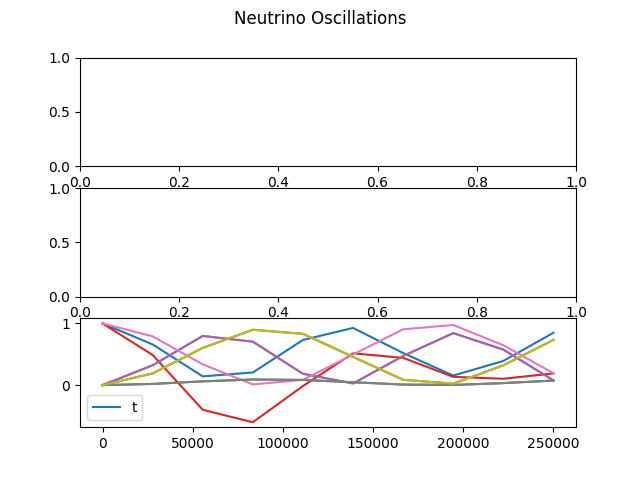
Repository: MichaelCullen2011/QuantumAndNeutrinos
Script's output: python neutrinos.py
These files come from the project's save history. The script's output is drawn as it stood at one moment and after the next save; the edit follows.
Random numbers start from a fixed seed.

Above is the script's output before, as saved 2021-06-02 16:32:11.

### neutrinos.py
import numpy as np
import matplotlib.pyplot as plt


'''
To Do           - tau interactions
                - clean up constant variables into dicts or lists
'''


'''
Variables and Constants
'''
# # Constants
# Mass difference squared between two flavour states
delta_m_sq = {'eu': 7.53e-5, 'tu': 2.44e-3, 'te': 2.44e-3, 'ue': 7.53e-5, 'ut': 2.44e-3, 'et': 2.44e-3}     # eV**2
delta_m_e_mu_sq = 7.53e-5      # eV**2
delta_m_tau_mu_sq = 2.44e-3    # eV**2  # can be +ve or -ve
delta_m_tau_e_sq = 2.44e-3     # eV**2  # can be +ve or -ve
delta_m_mu_e_sq = delta_m_e_mu_sq      # eV**2
delta_m_mu_tau_sq = delta_m_tau_mu_sq    # can be +ve or -ve
delta_m_e_tau_sq = delta_m_tau_e_sq     # eV**2

# Angle between flavour states
sin_q_theta = {'eu': 0.846, 'tu': 0.92, 'te': 0.093, 'ue': 0.846, 'ut': 0.92, 'et': 0.093}
sin_sq_theta_e_tau = 0.093
sin_sq_theta_e_mu = 0.846
sin_sq_theta_mu_tau = 0.92      # actually > 0.92 but it varies on atmospheric values
sin_sq_theta_mu_e = sin_sq_theta_e_mu
sin_sq_theta_tau_e = sin_sq_theta_e_tau
sin_sq_theta_tau_mu = sin_sq_theta_mu_tau

G_f = 1.1663787e-5         # GeV-2
sin_sq_theta_w = 0.22290        # Weinberg angle
m_e = 0.511 * 1e-3     # GeV c-2
m_u = 105 * 1e-3       # GeV c-2
sigma_naught = 1.72e-45         # m**2 / GeV

# # Variables
m_out = 10       # reactant mass out (electrons, muons etc)
m_in = 1000        # reactant mass in (electrons, muons etc)
E_v = 100     # Neutrino energy
L = 10       # distance oscillating (for oscillation)
E = E_v     # Neutrino beam energy
d = 10       # distance travelled (for decoherence)



'''
Oscillation Probabilities   -   p_oscill = (np.sin(2 * theta))**2 * (np.sin((delta_m_sq * L) / (4 * E)))**2
'''
class Oscillations:
    def __init__(self, distance):
        self.prob_list = {
            'eu': [], 'et': [],
            'ue': [], 'ut': [],
            'te': [], 'tu': [],
            'ee': [], 'uu': [],     # do these last as theyre calculated based on the previously calculated
            'tt': [],
        }

        self.prob_reduced = {
            'e': [],
            'u': [],
            't': []
        }

        self.prob_neut = []

        self.max_points = 10      # Number of points
        E = 4      # GeV
        self.L = distance    # Km
        self.x_range = np.linspace(0, self.L / E, self.max_points)
        theta_range = np.linspace(0, 2 * np.pi, self.max_points)

    def calculate(self):
        for x in self.x_range:
            print(f"Calculated Probability of {self.max_points}")
            for change in self.prob_list.keys():
                if change not in ['ee', 'uu', 'tt']:
                    self.prob_list[change].append(Oscillations.prob(self, flavours=change, x=x))
            self.prob_list['ee'].append(1 - (self.prob_list['eu'][-1] + self.prob_list['et'][-1]))
            self.prob_list['uu'].append(1 - (self.prob_list['ue'][-1] + self.prob_list['ut'][-1]))
            self.prob_list['tt'].append(1 - (self.prob_list['te'][-1] + self.prob_list['tu'][-1]))

        self.prob_reduced['e'] = [self.prob_list['ee'], self.prob_list['eu'], self.prob_list['et']]
        self.prob_reduced['u'] = [self.prob_list['uu'], self.prob_list['ue'], self.prob_list['ut']]
        self.prob_reduced['t'] = [self.prob_list['tt'], self.prob_list['te'], self.prob_list['tu']]
        Oscillations.plot(self)

        # fig, axs = plt.subplots(3)
        # fig.suptitle('Neutrino Oscillations')
        # n = 0
        # for initial in prob_neut:
        #     if n == 0:
        #         for p in initial:
        #             axs[n].plot(self.x_range, p)
        #             axs[n].legend(['e to e', 'e to mu', 'e to tau'], loc=1)
        #     if n == 1:
        #         for p in initial:
        #             axs[n].plot(self.x_range, p)
        #             axs[n].legend(['mu to mu', 'mu to e', 'mu to tau'], loc=1)
        #     if n == 2:
        #         for p in initial:
        #             axs[n].plot(self.x_range, p)
        #             axs[n].legend(['tau to tau', 'tau to e', 'tau to mu'], loc=1)
        #     n += 1

    def plot(self):
        fig, axs = plt.subplots(3)
        fig.suptitle('Neutrino Oscillations')

        # print(self.prob_reduced)
        for initial_flavours, probs in self.prob_reduced.items():
            print(len(probs[0]))
            plt.plot(self.x_range, probs[0], '-')
            plt.plot(self.x_range, probs[1], '-')
            plt.plot(self.x_range, probs[2], '-')
            plt.legend(initial_flavours)
        # plt.legend(self.prob_neut.keys())
        plt.show()

    def prob(self, flavours, x):
        if flavours == 'eu':
            prob = sin_sq_theta_e_mu * np.square(np.sin(1.27 * delta_m_e_mu_sq * x / 4))
        elif flavours == 'et':
            prob = sin_sq_theta_e_tau * np.square(np.sin(1.27 * delta_m_e_tau_sq * x / 4))
        elif flavours == 'ue':
            prob = sin_sq_theta_e_mu * np.square(np.sin(1.27 * delta_m_mu_e_sq * x / 4))
        elif flavours == 'ut':
            prob = sin_sq_theta_mu_tau * np.square(np.sin(1.27 * delta_m_mu_tau_sq * x / 4))
        elif flavours == 'te':
            prob = sin_sq_theta_tau_e * np.square(np.sin(1.27 * delta_m_tau_e_sq * x / 4))
        elif flavours == 'tu':
            prob = sin_sq_theta_tau_mu * np.square(np.sin(1.27 * delta_m_tau_mu_sq * x / 4))
        return prob



'''
Cross Sections
'''
class CrossSections:
    def __init__(self, energy, lepton):
        E_v = energy
        sigma_naught = 1.72e-45

        s_e = sigma_naught * np.pi / G_f**2
        s_u = s_e * (m_u / m_e)

        sigma_naught_e = (2 * m_e * G_f**2 * E_v) / np.pi
        sigma_naught_u = (2 * m_u * G_f**2 * E_v) / np.pi

        if lepton == 'e':
            sigma_naught = sigma_naught_e
            self.cs_without_ms = {'e_e': [], 'E_E': [], 'E_U': [], 'u_e': [], 'u_u': [], 'U_U': []}
            self.cs_with_ms = {'e_e': [], 'E_E': [], 'E_U': [], 'u_e': [], 'u_u': [], 'U_U': []}

        elif lepton == 'u':
            sigma_naught = sigma_naught_u
            self.cs_without_ms = {'e_e': [], 'E_E': [], 'U_E': [], 'e_u': [], 'u_u': [], 'U_U': []}
            self.cs_with_ms = {'e_e': [], 'E_E': [], 'U_E': [], 'e_u': [], 'u_u': [], 'U_U': []}

        for flavour in self.cs_without_ms.keys():
            cs = CrossSections.neutrino_and_electron(self, flavour=flavour) * energy * sigma_naught
            self.cs_without_ms[flavour].append(cs)
            self.cs_with_ms[flavour].append(
                cs * energy * sigma_naught *
                CrossSections.mass_suppression(
                    self, flavour, energy=energy, reaction_lepton=lepton
                )
            )

    def neutrino_and_electron(self, flavour):
        if flavour == 'e_e':
            cs = 0.25 + sin_sq_theta_w + (4 / 3) * np.square(sin_sq_theta_w)
        elif flavour == 'E_E':
            cs = (1 / 12) + 1 / 3 * (sin_sq_theta_w + 4 / 3 * np.square(sin_sq_theta_w))
        elif flavour == 'E_U' or flavour == 'U_E':
            cs = 1 / 3
        elif flavour == 'u_e' or flavour == 'e_u':
            cs = 1
        elif flavour == 'u_u':
            cs = 1 / 4 - sin_sq_theta_w + 4 / 3 * np.square(sin_sq_theta_w)
        elif flavour == 'U_U':
            cs = 1 / 12 - 1 / 3 * sin_sq_theta_w + 4 / 3 * np.square(sin_sq_theta_w)
        return cs

    def mass_suppression(self, flavour, energy, reaction_lepton='e'):
        m_E = m_e
        m_U = m_u
        if reaction_lepton == 'e':
            m_in = m_e
        elif reaction_lepton == 'u':
            m_in = m_u

        if flavour == 'e_e':
            zeta = 1 - ((m_e ** 2) / (m_in ** 2 + 2 * m_in * energy))
        elif flavour == 'E_E':
            zeta = 1 - ((m_e ** 2) / (m_in ** 2 + 2 * m_in * energy))
        elif flavour == 'E_U':
            zeta = 1 - ((m_u ** 2) / (m_in ** 2 + 2 * m_in * energy))
        elif flavour == 'u_e':
            zeta = 1 - ((m_u ** 2) / (m_in ** 2 + 2 * m_in * energy))
        elif flavour == 'u_u':
            zeta = 1 - ((m_e ** 2) / (m_in ** 2 + 2 * m_in * energy))
        elif flavour == 'U_U':
            zeta = 1 - ((m_e ** 2) / (m_in ** 2 + 2 * m_in * energy))
        # neutrino-muon specific reactions
        elif flavour == 'U_E':
            zeta = 1 - ((m_e ** 2) / (m_in ** 2 + 2 * m_in * energy))
        elif flavour == 'e_u':
            zeta = 1 - ((m_e ** 2) / (m_in ** 2 + 2 * m_in * energy))
        return zeta



'''
Wave Functions (for plotting)
'''
class WaveFunctions:
    def __init__(self, accuracy):
        phi = np.linspace(0, np.pi, accuracy)
        theta = np.linspace(0, 2 * np.pi, 20)
        prob_at_detector = {'e_e': [], 'e_mu': [], 'e_tau': [],
                            'mu_mu': [], 'mu_e': [], 'mu_tau': [],
                            'tau_tau': [], 'tau_e': [], 'tau_mu': []}
        flavour_list = ['e_e', 'e_mu', 'e_tau', 'mu_mu', 'mu_e', 'mu_tau', 'tau_tau', 'tau_e', 'tau_mu']
        detector_1 = {'e_e': [], 'e_mu': [], 'e_tau': [],
                      'mu_mu': [], 'mu_e': [], 'mu_tau': [],
                      'tau_tau': [], 'tau_e': [], 'tau_mu': []}
        detector_2 = {'e_e': [], 'e_mu': [], 'e_tau': [],
                      'mu_mu': [], 'mu_e': [], 'mu_tau': [],
                      'tau_tau': [], 'tau_e': [], 'tau_mu': []}

        for flavour_change in flavour_list:
            for phi_value in phi:
                prob_at_detector[flavour_change].append(WaveFunctions.prob(self, flavour=flavour_change, phi=phi_value))

            for tuple in prob_at_detector[flavour_change]:
                detector_1[flavour_change].append(tuple[0])
                detector_2[flavour_change].append(tuple[0])

        fig1 = plt.figure()
        fig2 = plt.figure()
        ax1 = fig1.add_subplot(111)
        ax2 = fig2.add_subplot(111)
        ax1.title.set_text('Detector 1 Probabilities')
        ax2.title.set_text('Detector 2 Probabilities')

        ax1.set_xticks(ticks=np.linspace(start=0, stop=2 * np.pi, num=int(accuracy)))
        ax1.set_yticks(ticks=np.linspace(0, 1, num=5))
        ax2.set_xticks(ticks=np.linspace(start=0, stop=2 * np.pi, num=int(accuracy)))
        ax2.set_yticks(ticks=np.linspace(0, 1, num=5))


        for prob_list in detector_1.values():
            #print(prob_list)
            ax1.plot(phi, prob_list, '--', linewidth=1)

        for prob_list in detector_2.values():
            #print(prob_list)
            ax2.plot(phi, prob_list, '--', linewidth=1)

        ax1.legend(flavour_list, loc=1)
        ax2.legend(flavour_list, loc=1)

    def prob(self, flavour, phi):
        order_tau_d_same = 1
        order_tau_d_change = 1 / 3
        if flavour == 'e_e':
            prob_f1 = 1
            prob_f2 = 0
        elif flavour == 'e_mu':
            prob_f1 = 1 - (np.sqrt(sin_sq_theta_e_tau) / 2) * (1 - order_tau_d_change * np.cos(phi))
            prob_f2 = (np.sqrt(sin_sq_theta_e_tau) / 2) * (1 - order_tau_d_change * np.cos(phi))
        elif flavour == 'e_tau':
            prob_f1 = 1 - (np.sqrt(sin_sq_theta_e_tau) / 2) * (1 - order_tau_d_change * np.cos(phi))
            prob_f2 = (np.sqrt(sin_sq_theta_e_tau) / 2) * (1 - order_tau_d_change * np.cos(phi))
        if flavour == 'mu_mu':
            prob_f1 = 1
            prob_f2 = 0
        elif flavour == 'mu_e':
            prob_f1 = 1 - (np.sqrt(sin_sq_theta_e_mu) / 2) * (1 - order_tau_d_change * np.cos(phi))
            prob_f2 = (np.sqrt(sin_sq_theta_e_mu) / 2) * (1 - order_tau_d_change * np.cos(phi))
        elif flavour == 'mu_tau':
            prob_f1 = 1 - (np.sqrt(sin_sq_theta_mu_tau) / 2) * (1 - order_tau_d_change * np.cos(phi))
            prob_f2 = (np.sqrt(sin_sq_theta_mu_tau) / 2) * (1 - order_tau_d_change * np.cos(phi))
        if flavour == 'tau_tau':
            prob_f1 = 1
            prob_f2 = 0
        elif flavour == 'tau_e':
            prob_f1 = 1 - (np.sqrt(sin_sq_theta_tau_e) / 2) * (1 - order_tau_d_change * np.cos(phi))
            prob_f2 = (np.sqrt(sin_sq_theta_tau_e) / 2) * (1 - order_tau_d_change * np.cos(phi))
        elif flavour == 'tau_mu':
            prob_f1 = 1 - (np.sqrt(sin_sq_theta_tau_mu) / 2) * (1 - order_tau_d_change * np.cos(phi))
            prob_f2 = (np.sqrt(sin_sq_theta_tau_mu) / 2) * (1 - order_tau_d_change * np.cos(phi))
        return prob_f1, prob_f2



'''
Gates
'''
class Gates:
    def __init__(self, energy_list):
        self.energy_list = energy_list
        self.gate_energy_reactions = None
        self.leptons = {'e': [], 'u': []}       # currently only considering e and mu (no tau)
        self.all_values = {}

    def calculate(self):
        for energy in self.energy_list:
            for lepton in self.leptons.keys():
                # print(f'\n Cross Sections for Reactions with {lepton} at {energy} GeV:')
                self.leptons[lepton] = CrossSections(energy=energy, lepton=lepton)    # Energy in GeV

            gate_reactions = Gates.gate_cs(Gates.combine_cs(self))
            if self.gate_energy_reactions is None:      # checking if first time running this script
                self.gate_energy_reactions = gate_reactions
            else:
                for flavour, value in gate_reactions.items():
                    self.gate_energy_reactions[flavour].append(value[0])
            self.all_values[energy] = [values for values in gate_reactions.values()]
            print(f"Average Prob for {energy} GeV: ", np.average(self.all_values[energy]))
            if energy == self.energy_list[-1]:
                print(f"Neutrino-Lepton Gate Probabilities for {energy}GeV: \n {gate_reactions}")

        # plot
        Gates.plot_energies(self)
        plt.show()


    def combine_cs(self):
        all_cs = {'e_e': [], 'e_u': [], 'u_u': [], 'u_e': [], 'E_E': [], 'E_U': [], 'U_U': [], 'U_E': []}
        e_class = self.leptons['e']
        u_class = self.leptons['u']
        for all_reaction in all_cs.keys():
            for e_reaction, e_value in e_class.cs_without_ms.items():
                if e_reaction == all_reaction:
                    all_cs[all_reaction].append(e_value[0])
            for u_reaction, u_value in u_class.cs_without_ms.items():
                if u_reaction == all_reaction:
                    all_cs[all_reaction].append(u_value[0])

        for all_reaction, all_values in all_cs.items():
            if len(all_values) > 1:
                all_cs[all_reaction] = [(all_values[0] + all_values[1]) / 2]
        return all_cs


    @staticmethod
    def gate_cs(all_cs):
        # creates our final dict with the probabilities for all gate interactions
        single_reactions = ['e_e', 'e_u', 'u_u', 'u_e']
        single_reactions_anti = ['E_E', 'E_U', 'U_U', 'U_E']
        whole_reaction = []
        for first_reaction in single_reactions:
            for second_reaction in single_reactions:
                whole_reaction.append(first_reaction[0] + second_reaction[0] + '_' + first_reaction[2] + second_reaction[2])
        for first_reaction in single_reactions_anti:
            for second_reaction in single_reactions_anti:
                whole_reaction.append(first_reaction[0] + second_reaction[0] + '_' + first_reaction[2] + second_reaction[2])
        gate_reactions = {whole_keys: [] for whole_keys in whole_reaction}


        # reaction 1 is reaction_combined[0] + '_' + reaction_combined[3]
        # reaction 2 in reaction_combined[1] + '_' + reaction_combined[4]
        for reaction_combined in gate_reactions.keys():
            first_reaction = reaction_combined[0] + '_' + reaction_combined[3]
            second_reaction = reaction_combined[1] + '_' + reaction_combined[4]
            gate_reactions[reaction_combined] = [all_cs[first_reaction][0] * all_cs[second_reaction][0]]

        # for key, value in gate_reactions.items():
        #     print(f"{key}: {value}")
        return gate_reactions


    def plot_energies(self):
        for flavour, values in self.gate_energy_reactions.items():
            self.gate_energy_reactions[flavour] = [values, list(self.energy_list)]

        for flavour, values in self.gate_energy_reactions.items():
            plt.plot(values[1], values[0], '-')
        plt.title(f"Neutrino-Lepton Gate Cross-Sections for Energies: {int(min(self.energy_list))}GeV - {int(max(self.energy_list))}GeV")
        plt.legend(self.gate_energy_reactions.keys())



'''
Running
'''
Oscillations(distance=1e6).calculate()    # Prints oscillation probabilities for flavours given the distance it travels

# WaveFunctions(accuracy=20)      # Currently Broken. Doesnt plot correctly # Accuracy is the number of points within the range

# Gates(energy_list=np.linspace(1, 100, 10)).calculate()         # calculates and plots gate probabilities at various energies for different interactions

plt.show()

After the next save:
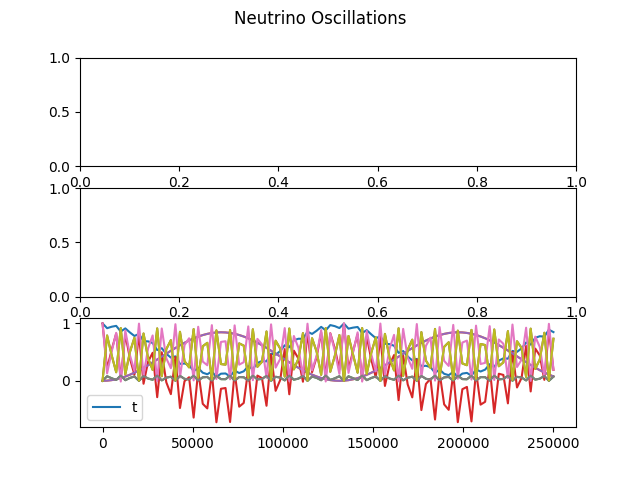
Saved 6 s later.
--- a/neutrinos.py
+++ b/neutrinos.py
@@ -67,7 +67,7 @@ class Oscillations:
 
         self.prob_neut = []
 
-        self.max_points = 10      # Number of points
+        self.max_points = 100      # Number of points
         E = 4      # GeV
         self.L = distance    # Km
         self.x_range = np.linspace(0, self.L / E, self.max_points)
